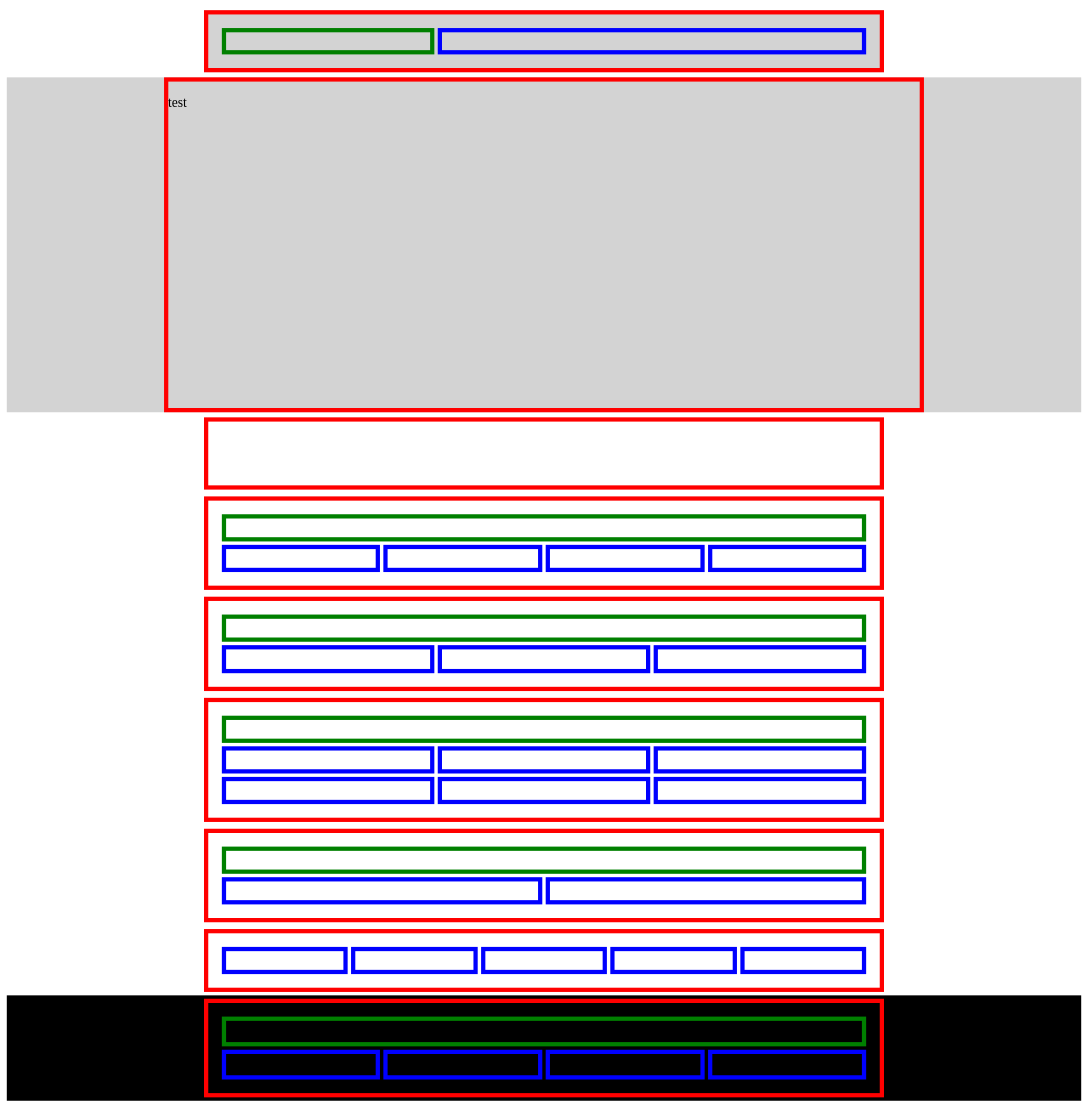
Repository: anderscederberg11/LAB2BG
Page: index.html
These files come from the project's save history. The page is drawn as it stood at one moment and after the next save; the edit follows.
The browser window is 1280 px wide. The pictures show the whole page, at 85% of full size.

Above is the page before, as saved 2024-02-01 21:13:31.

### index.html
<!doctype html>
<html class="no-js" lang="en">

<head>
  <meta charset="utf-8">
  <meta name="viewport" content="width=device-width, initial-scale=1">
  <title>Sebastians Wonderful Website</title>
  <link rel="stylesheet" href="css/style.css">
  <meta name="description" content="sebastians website">
  <meta property="og:title" content="Sebastians Wonderful Website">
  <meta property="og:type" content="website">
  <meta property="og:url" content="https://www.SebastianWebsite.com">
  <!--<meta property="og:image" content=""> -->

  <link rel="icon" href="/favicon.ico" sizes="any">
  <link rel="icon" href="/icon.svg" type="image/svg+xml">
  <link rel="apple-touch-icon" href="icon.png">

</head>
    <body class="displayContainer">

        <header class="headerContainer">
            <div class="headerTitleContainer">
                <h1 class="title"></h1>
            </div>
            <div class="headerImageContainer"></div>
        </header>

        <div class="sectionOne">
            <div class="sectionOneImage">
                <div class="sectionOneList">
                    <p>test</p>
                </div>
                <!-- image -->
            </div>
        </div>

        <div class="sectionTwo">
            <h1 class="title"></h1>
        </div>

        <div class="sectionThree">
            <div class="headerSectionThree">
                <h2 class="secondHeader"></h2>
                <h5 class="subHeader"></h5>
            </div>
            <div class="card"></div>
            <div class="card"></div>
            <div class="card"></div>
            <div class="card"></div>
        </div>

        <div class="sectionFour">
            <div class="headerSectionFour">
                <h2 class="secondHeader"></h2>
                <h5 class="subHeader"></h5>
            </div>
            <div class="card-special"></div>
            <div class="card"></div>
            <div class="card"></div>
        </div>

        <div class="sectionFive">
            <div class="headerSectionFive">
                <h2 class="secondHeader"></h2>
                <h5 class="subHeader"></h5>
            </div>
            <div class="card"></div>
            <div class="card"></div>
            <div class="card"></div>
            <div class="card"></div>
            <div class="card"></div>
            <div class="card"></div>
        </div>

        <div class="sectionSix">
            <div class="headerSectionSix">
                <h2 class="secondHeader"></h2>
                <h5 class="subHeader"></h5>
            </div>
            <div class="card-special"></div>
            <div class="card-special"></div>
        </div>

        <div class="sectionSeven">
            <div class="card"></div>
            <div class="card"></div>
            <div class="card"></div>
            <div class="card"></div>
            <div class="card"></div>
        </div>

        <footer class="footerContainer">
            <div class="sectionFooter">
                <div class="footerInfo"><h6></h6></div>
                <div class="footerInfoCard"><h4></h4></div>
                <div class="footerInfoCard"><h4></h4></div>
                <div class="footerInfoCard"><h4></h4></div>
                <div class="footerInfoCard"><h4></h4></div>
            </div>
        </footer>

    </body>
</html>

### css/style.css
.displayContainer{
  display:flex;
  flex-direction: column;
  align-items: center;
}

.card, .card-special {
  border: 5px solid blue;
}

.headerContainer{
  grid-template-columns: repeat(3, 1fr);
  background-color: lightgrey;
  display:grid;
  width:60%;
  grid-gap:0.25em;
  padding:1em;
  margin:0.25em;
  border: 5px solid red;
}

.headerTitleContainer{
  border: 5px solid green;
}

.headerImageContainer{
  grid-column: 2/4;
  border: 5px solid blue;
}

.sectionOne{
  flex-direction: column;
  align-items: center;
  background-color: lightgrey;
  width:100%;
  border:none;
  margin:0.25vh;
}

.sectionOneList{

}

.sectionOneImage{
  width:70%;
  height:30vw;
  border: 5px solid red;
}

.sectionTwo, .sectionThree, .sectionFour, .sectionFive, .sectionSix, .sectionSeven, .sectionFooter{
  display:grid;
  width:60%;
  grid-gap:0.25em;
  padding:1em;
  margin:0.25em;
  border: 5px solid red;
}

.headerSectionThree, .headerSectionFour, .headerSectionFive, .headerSectionSix, .footerInfo{
  border: 5px solid green;
}

.sectionOne, .sectionSix, .sectionSeven{
  display: none;
}
.sectionThree, .sectionFour, .sectionFive{
  grid-template-columns: repeat(1, 1fr);
}
.headerSectionThree, .headerSectionFour, .headerSectionFive{
  grid-column: span 1;
}
.headerSectionThree{

}
.sectionThree, .sectionFour{
  grid-template-rows: repeat(5, 1fr);
}
.sectionFive{
  grid-template-rows: repeat(7, 1fr);
}

.footerContainer{
  display:flex;
  flex-direction: column;
  align-items: center;
  width:100%;
  background-color: black;
}

.sectionFooter{

}

.footerInfo{

}

.footerInfoCard{
  border: 5px solid blue;
}

/* Small only */
@media screen and (max-width: 39.9375em) {}

/* Medium and up */
@media screen and (min-width: 40em) {}

/* Medium only */
@media screen and (min-width: 40em) and (max-width: 63.9375em) {
  .sectionThree, .sectionFour, .sectionFooter, .sectionFive{
    grid-template-columns: repeat(2, 1fr);
    grid-template-rows: repeat(3, 1fr);
  }

  .headerSectionThree, .footerInfo, .headerSectionFour, .sectionFour .card-special, .headerSectionFive {
    grid-column: span 2;
  }

  .sectionFive{
    grid-template-rows: repeat(4, 1fr);
  }

  .sectionSix{
    grid-template-columns: repeat(1, 1fr);
    grid-template-rows: repeat(3, 1fr);
  }

  .headerSectionSix{
    grid-column: span 1;
  }
}

/* Large and up */
@media screen and (min-width: 64em) {
  .sectionSix, .sectionSeven{
    display: grid;
  }
  .sectionOne{
    display:flex;
  }
  .sectionThree, .sectionFooter{
    grid-template-columns: repeat(4, 1fr);
    grid-template-rows: repeat(2, 1fr);
  }

  .headerSectionThree, .footerInfo{
    grid-column: span 4;
  }

  .sectionFour{
    grid-template-columns: repeat(3, 1fr);
    grid-template-rows: repeat(2, 1fr);
  }

  .headerSectionFour{
    grid-column: span 3;
  }

  .sectionFive{
    grid-template-columns: repeat(3, 1fr);
    grid-template-rows: repeat(3, 1fr);
  }

  .headerSectionFive{
    grid-column: span 3;
  }

  .sectionSix{
    grid-template-columns: repeat(2, 1fr);
    grid-template-rows: repeat(2, 1fr);
  }

  .headerSectionSix{
    grid-column: span 2;
  }

  .sectionSeven{
    grid-template-columns: repeat(5, 1fr);
    height:31.51px; /*REMOVE*/
  }
}

/* Large only */
@media screen and (min-width: 64em) and (max-width: 74.9375em) {}

After the next save:
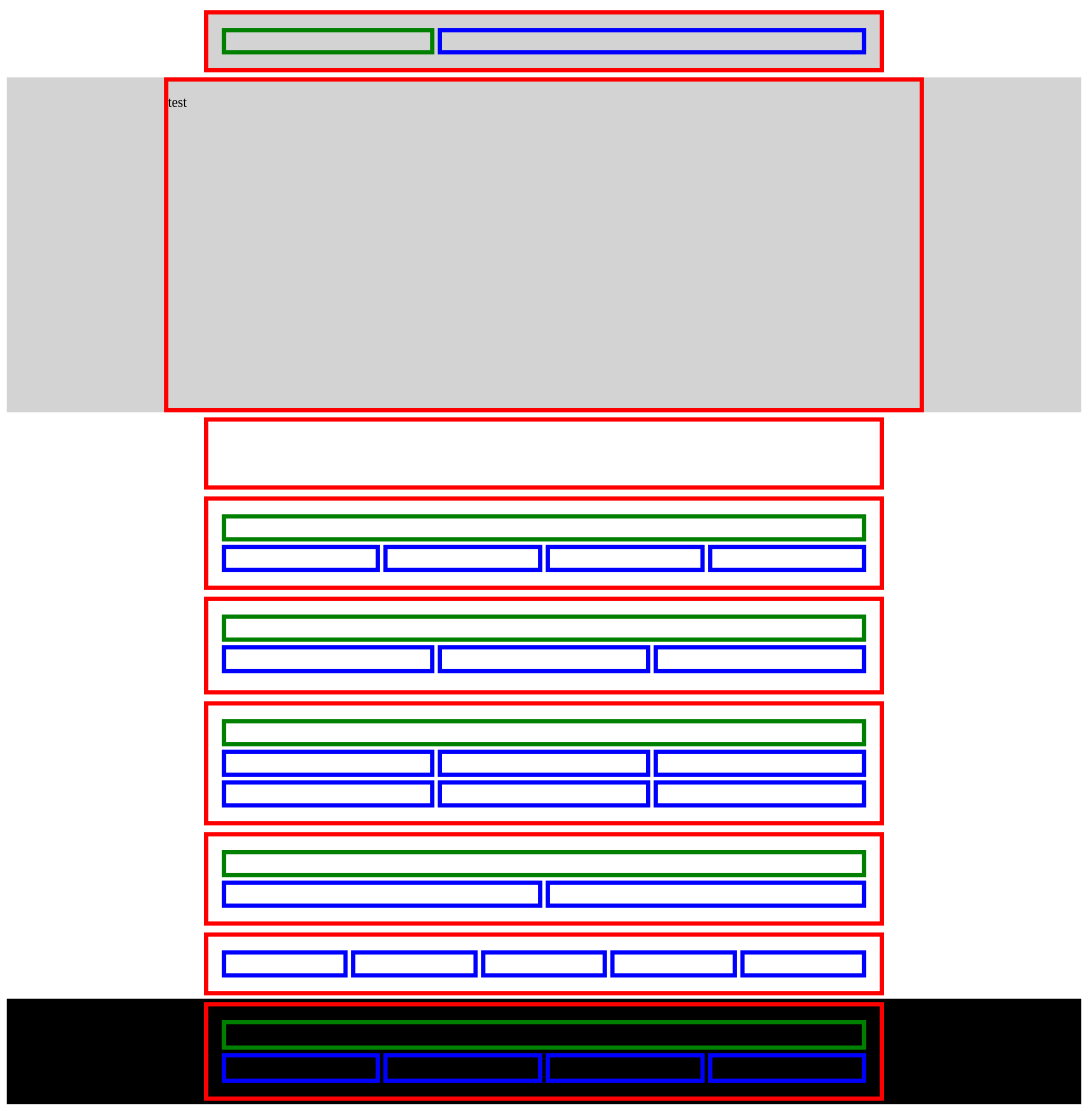
Saved 2 min 47 s later.
--- a/index.html
+++ b/index.html
@@ -58,6 +58,7 @@
             <div class="card-special"></div>
             <div class="card"></div>
             <div class="card"></div>
+            <div class="card-superspecial"></div>
         </div>
 
         <div class="sectionFive">
